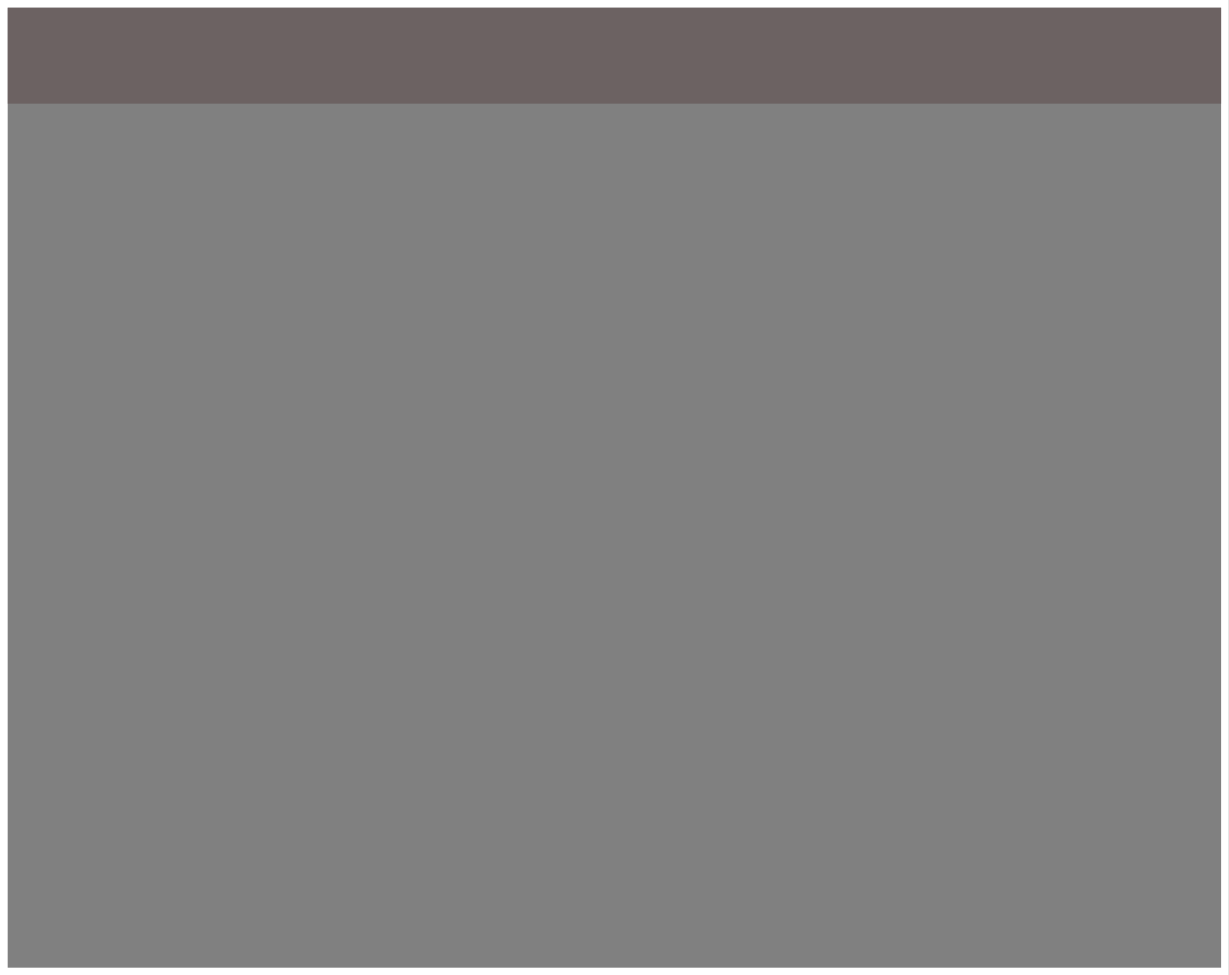
Repository: iraiore/trabalho-web-i-anime
Page: index.html
The author's editor kept a copy of each file at every save. The page is drawn from the files as they stood at one save, then again after a run of saves.
The browser window is 1280 px wide. The pictures show the whole page, at 96% of full size.

Above is the page before, as saved 2023-08-28 22:03:02.

### index.html
<!DOCTYPE html>
<html lang="en">
<head>
    <meta charset="UTF-8">
    <meta http-equiv="X-UA-Compatible" content="IE=edge">
    <meta name="viewport" content="width=device-width, initial-scale=1.0">
    <title>Document</title>
    <link rel="stylesheet" type="text/css" href="style.css">
</head>
<body>
    <div id="site">
        <div id="header">
            <div> </div>
        </div>
    </div>
</body>
</html>

### style.css
/*configuração da pagina do site - METODOLOGIA TABLELESS*/
#site{
    /* Definimos a largura da página */
    width:100%;
    /* Definirmos a altura da página*/
    height:1000px;
    /* Aqui definiremos a posição que a página ocupará na tela, nesse caso estamos definindo que fique centralizado na tela*/
    /*top : posição de cima */
    margin-top:0;
    /* left: posição de esquerda*/
    margin-left:auto;
    /* bottom : posição de baixo */
    margin-bottom:0;
    /* right : posição de direita */
    margin-right:auto;
    /* Aqui definiremos a cor de fundo da página */
    background-color:gray;
  }
#header{
    /*Novamente definimos a largura da div*/
    width:100%;
    /* altura da div */
    height:100px;
    /* Cor de fundo da div */
    background-color:rgb(95, 79, 79);
    opacity: 60%;
    }

After the next 3 saves:
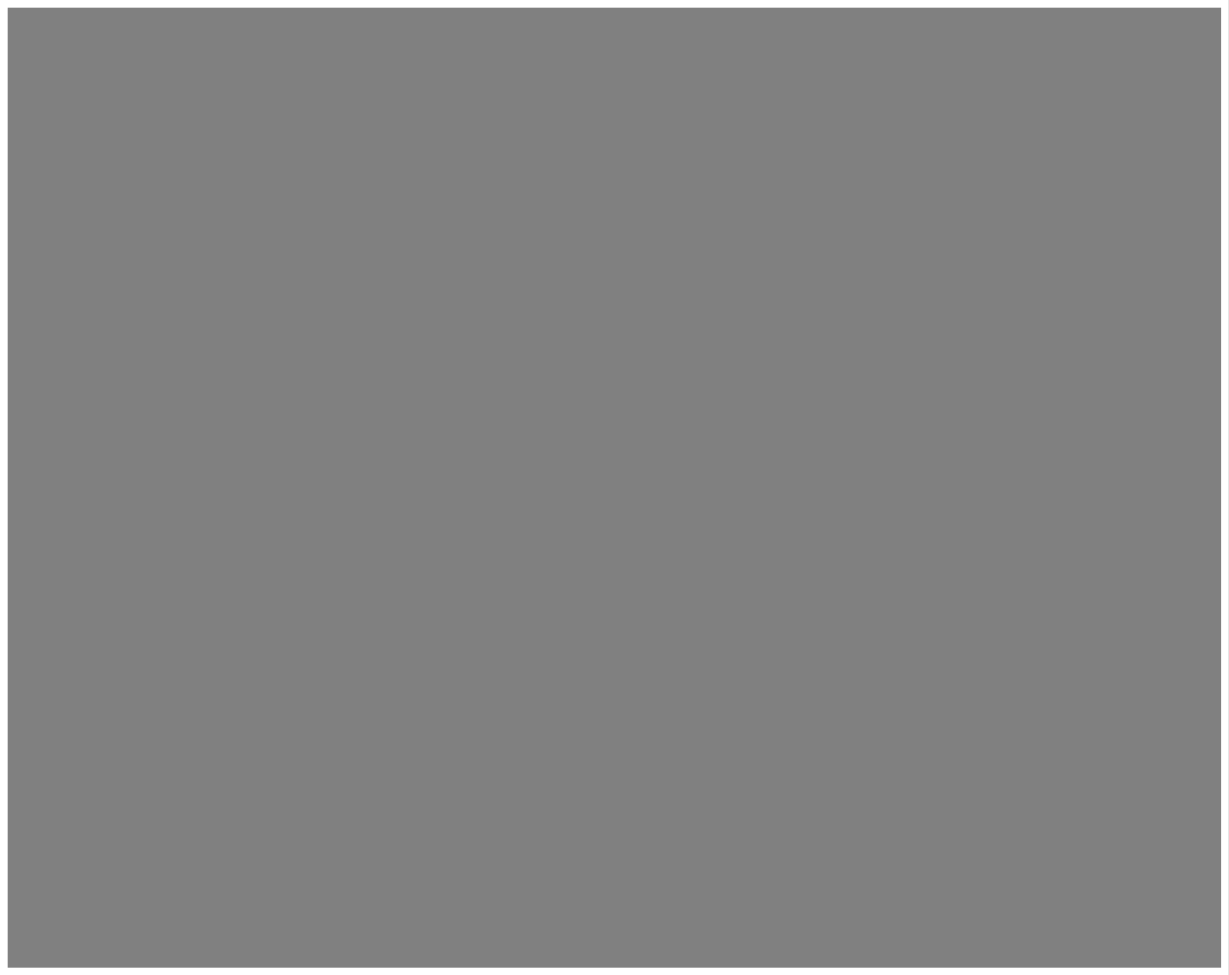
The 3 saves are shown as one change because they came seconds apart.
The last was saved 79 s later.
--- a/index.html
+++ b/index.html
@@ -9,7 +9,7 @@
 </head>
 <body>
     <div id="site">
-        <div id="header">
+        <div id="siteHeader">
             <div> </div>
         </div>
     </div>

After the save that followed:
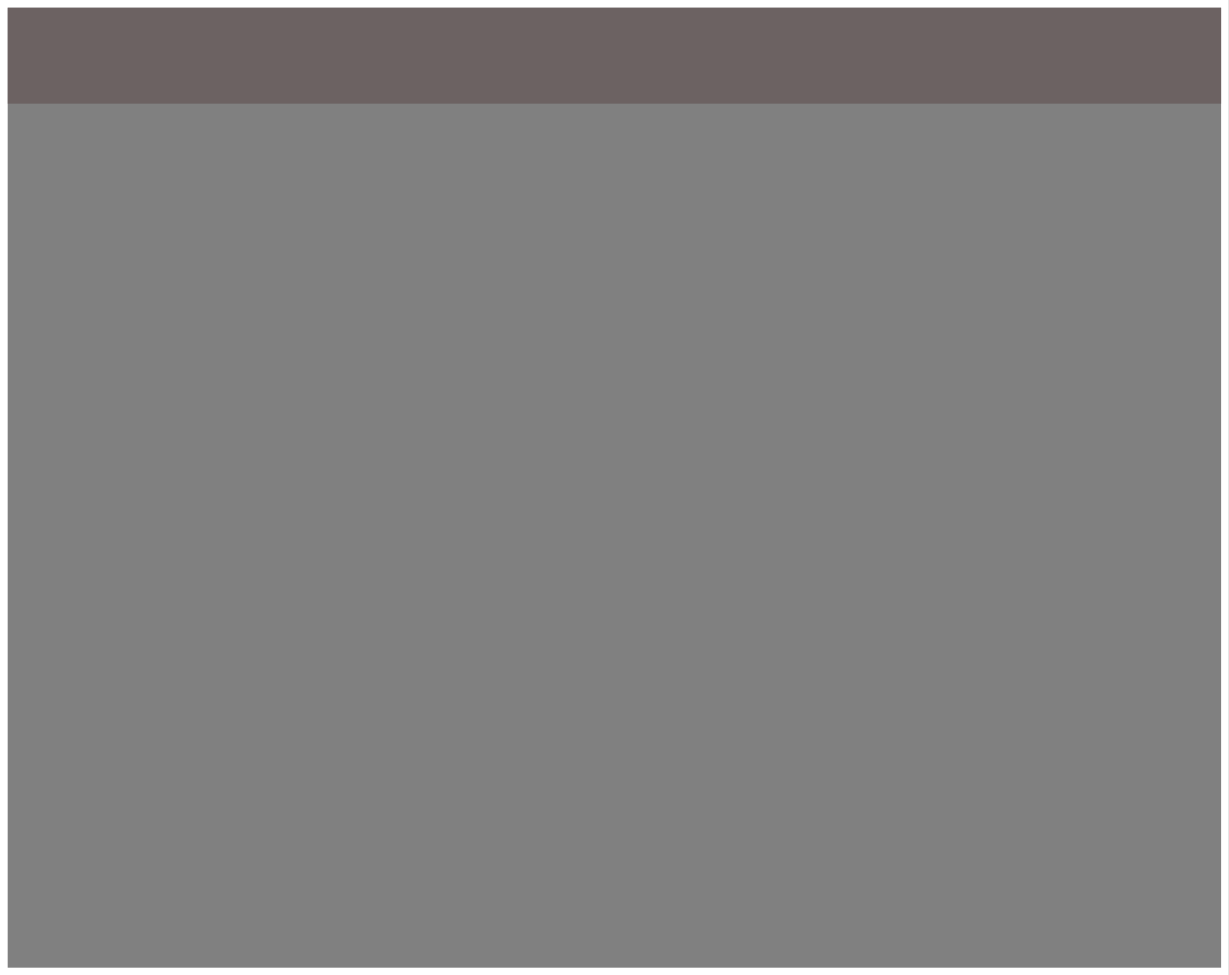
Saved 6 s later.
--- a/index.html
+++ b/index.html
@@ -9,7 +9,7 @@
 </head>
 <body>
     <div id="site">
-        <div id="siteHeader">
+        <div id="header">
             <div> </div>
         </div>
     </div>
